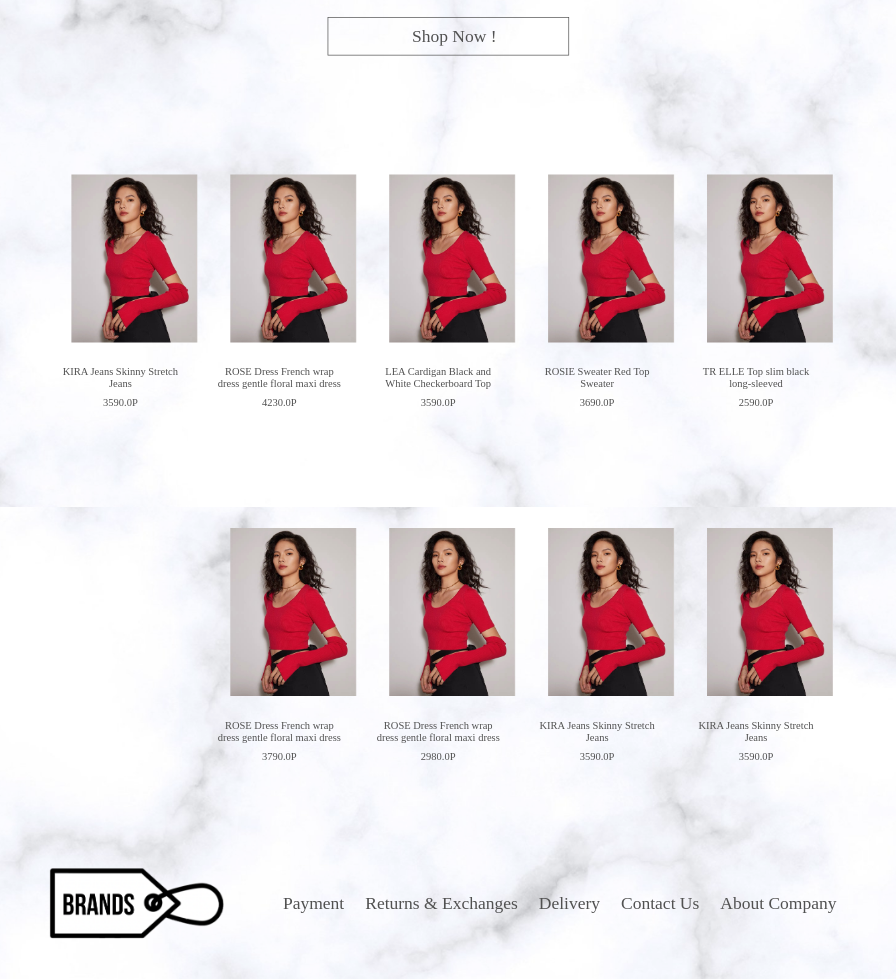
Repository: Sunxu001/OnlineShop-Backend
Page: http://localhost/
These files come from the project's save history. The page is drawn as it stood at one moment and after the next save; the edit follows.
The browser window is 1280 px wide. The pictures show the part of the page from y = 1275 to 3195 px (the page is 2675 px tall before and 6260 px after), at 70% of full size.
Some web libraries are served in a nearby version. The page is served by the project's application, run on Django 4.2 (manage.py). The page reads the database file committed with the project.

Above is the page before, as saved 2022-06-08 11:38:07.

After the next save:
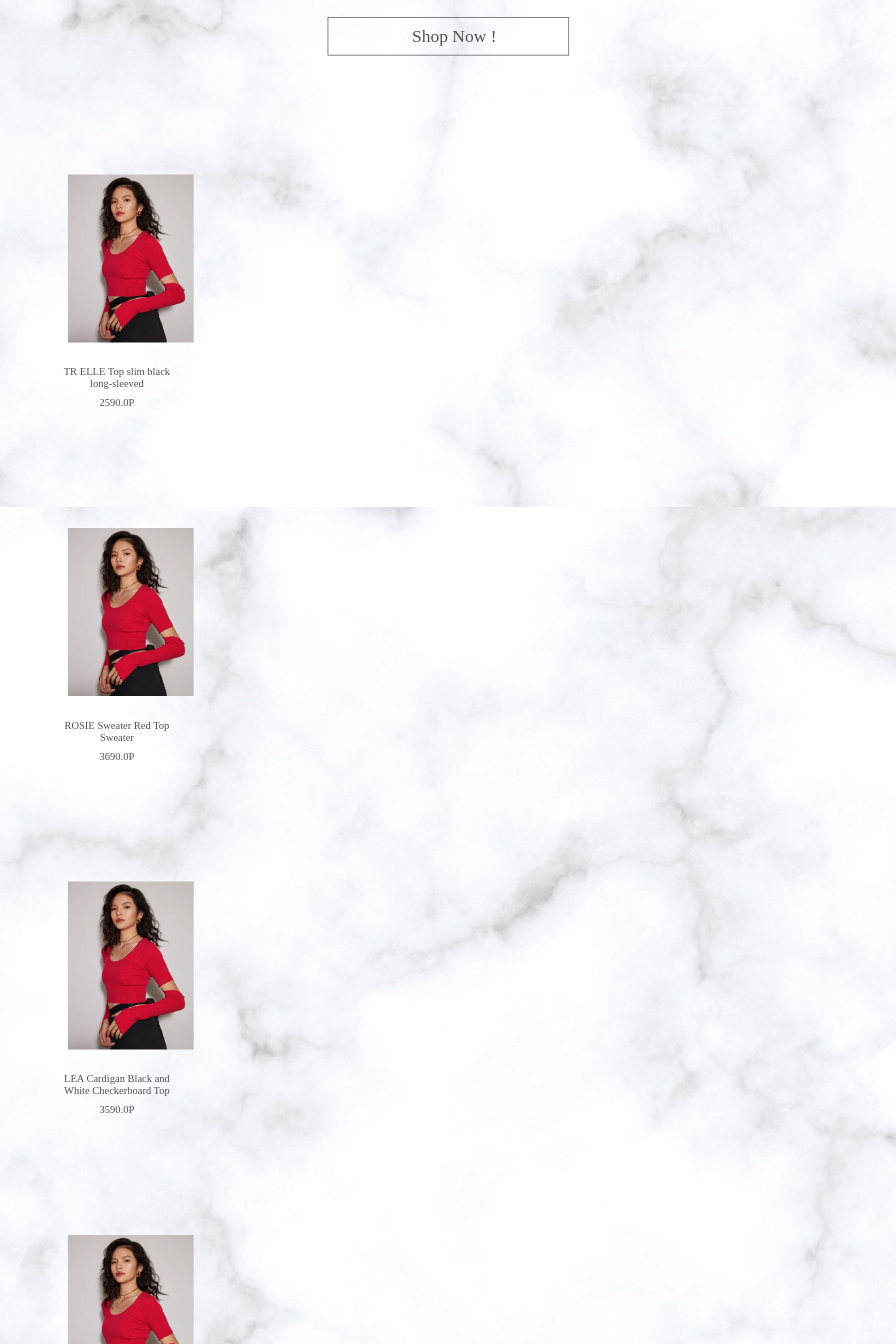
Saved 10 s later.
--- a/WEB-PROJECT/shop/static/css/HOME.css
+++ b/WEB-PROJECT/shop/static/css/HOME.css
@@ -231,7 +231,7 @@ ul{
 /*Product-show*/
 .show{
     display: block;
-    float: inline-end;
+    float: inline;
     padding-top: 150px;
     padding-left: 7px;
 }
